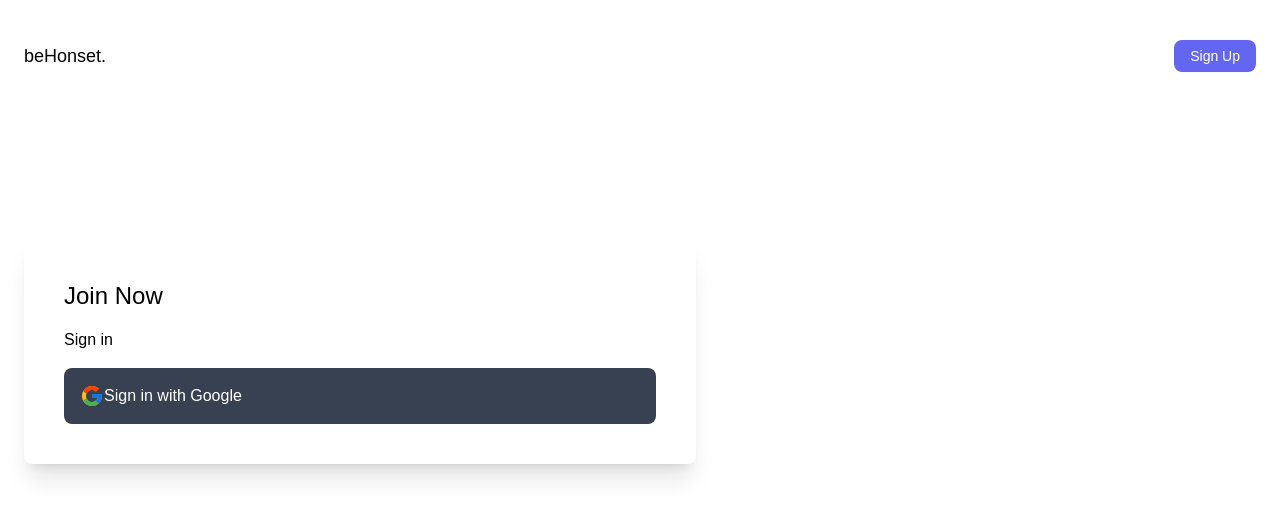
Repository: aidenfine/be-honset
Page: /login
An editor plug-in stored every save of this project. The page is shown before and after the next save, followed by the edit.
The browser window is 1280 px wide. The pictures show the whole page.
The page's requests for data from a server got no answer. The project was rebuilt for these pictures with package versions that can differ from the ones it lists, and the page was loaded fresh each time. The framework's server and built-in components were replaced by stand-ins that run in the browser. No one was signed in, and anything a server would have sent is missing. Also part of the build but not shown: next.config.js.

Above is the page before, as saved 2022-10-26 19:51:02.

### pages/_app.js
import '../styles/globals.css'
import Layout from '../components/layout'

function MyApp({ Component, pageProps }) {
  return(
    <Layout>
      <Component {...pageProps} />
    </Layout>

  )
}

export default MyApp

### pages/login.js
import { FcGoogle } from "react-icons/fc"
import { signInWithPopup, GoogleAuthProvider} from "firebase/auth"
import { auth } from "../utils/firebase";
import {useRouter} from "next/router"
import { useAuthState } from 'react-firebase-hooks/auth'
import { useEffect } from "react";






export default function Login(){
    const route = useRouter();
    const [user, loading] = useAuthState(auth);

    // Google Sign in

    const googleProvider = new GoogleAuthProvider();
    const GoogleLogin = async () => {
        try {
            const result = await signInWithPopup(auth, googleProvider)
            route.push("/")
            console.log("logged in")
        } catch (error) {
            console.log(error)

        }
    }

    useEffect(()=>{
        if(user){
            route.push('/');
        }else{
            console.log("login")
        }

    }, [user]);
    return(
        <div className="justify-center items-center shadow-xl md:max-w-2xl mt-32 p-10 text-black rounded-lg bg-white">
            <h2 className="text-2xl font-medium">Join Now</h2>
            <div>
                <h3 className="py-4">Sign in</h3>
                <button onClick={GoogleLogin} className="text-white bg-gray-700 w-full font font-medium rounded-lg flex align-middle p-4">
                    <FcGoogle className="text-2xl"/>
                    Sign in with Google
                </button>
            </div>
        </div>

    )
}

### styles/globals.css
@tailwind base;
@tailwind components;
@tailwind utilities;


* {
  font-family: 'Montserrat', sans-serif;

}

### components/layout.js
import Nav from "./Nav";

export default function Layout({ children }){
    return(
        <div className="mx-6 md:max-w-10xl md-mx-auto font-montserrat">
            <Nav />
            <main>{children}</main>
        </div>
    )
}

### utils/firebase.js
// Import the functions you need from the SDKs you need
import { initializeApp } from "firebase/app";
import {getAuth} from 'firebase/auth';
import {getFirestore} from 'firebase/firestore'
// TODO: Add SDKs for Firebase products that you want to use
// https://firebase.google.com/docs/web/setup#available-libraries

// Your web app's Firebase configuration
// For Firebase JS SDK v7.20.0 and later, measurementId is optional
const firebaseConfig = {
  apiKey: process.env.NEXT_PUBLIC_API_KEY,
  authDomain: process.env.NEXT_PUBLIC_AUTH_DOMAIN,
  projectId: process.env.NEXT_PUBLIC_PROJECT_ID,
  storageBucket: process.env.NEXT_PUBLIC_STORAGE_BUCKET,
  messagingSenderId: process.env.NEXT_PUBLIC_MESSAGING_SENDER_ID,
  appId: process.env.NEXT_PUBLIC_APP_ID,
  measurementId: process.env.NEXT_PUBLIC_MEASUREMENT_ID
};

// Initialize Firebase
const app = initializeApp(firebaseConfig);
export const auth = getAuth();
export const db = getFirestore(app);

### components/Nav.js
import Link from "next/link"
import { auth } from "../utils/firebase"
import { useAuthState } from "react-firebase-hooks/auth"

export default function Nav(){
    const [user, loading] = useAuthState(auth);

    return(
        <nav className="flex justify-between items-center py-10">
            <Link href="/">
            <button className="text-lg font-medium text-black opacity-87" >beHonset.</button>
            </Link>
            <ul className="flex items-center gap-10">
                {!user && (
                <Link href={"/login"} className="py-1.5 px-4 text-sm bg-indigo-500 text-white opacity-87 rounded-lg font-medium ml-8">Sign Up</Link>
            )}
            {user && (
                <div className="flex items-center gap-6">
                    <Link href="/new-post">
                    <button className="font-medium bg-indigo-500 text-white py-2 px-4 rounded-lg text-sm">Create Post</button>
                    </Link>
                    <Link href="/dashboard">
                        <img className="w-10 rounded-full cursor-pointer" referrerpolicy="no-referrer" src={user.photoURL} />

                    </Link>
                </div>
            )}
            </ul>



        </nav>
    )
}

### tailwind.config.js
/** @type {import('tailwindcss').Config} */
module.exports = {
  content: [
    "./pages/**/*.{js,ts,jsx,tsx}",
    "./components/**/*.{js,ts,jsx,tsx}",
  ],
  darkMode: 'class',
  theme: {
    extend: {
      fontFamily: {
        montserrat: 'Montserrat',
      }
    },
  },
  plugins: [],
}

After the next save:
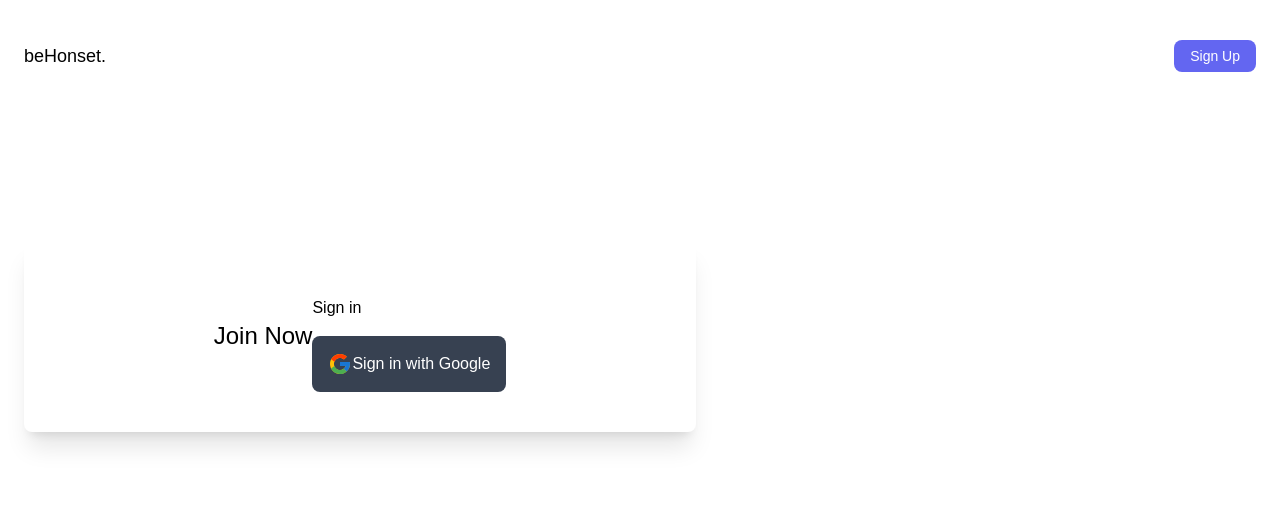
Saved 33 s later.
--- a/pages/login.js
+++ b/pages/login.js
@@ -37,7 +37,7 @@
 
     }, [user]);
     return(
-        <div className="justify-center items-center shadow-xl md:max-w-2xl mt-32 p-10 text-black rounded-lg bg-white">
+        <div className="flex justify-center items-center shadow-xl md:max-w-2xl mt-32 p-10 text-black rounded-lg bg-white">
             <h2 className="text-2xl font-medium">Join Now</h2>
             <div>
                 <h3 className="py-4">Sign in</h3>

After the save that followed:
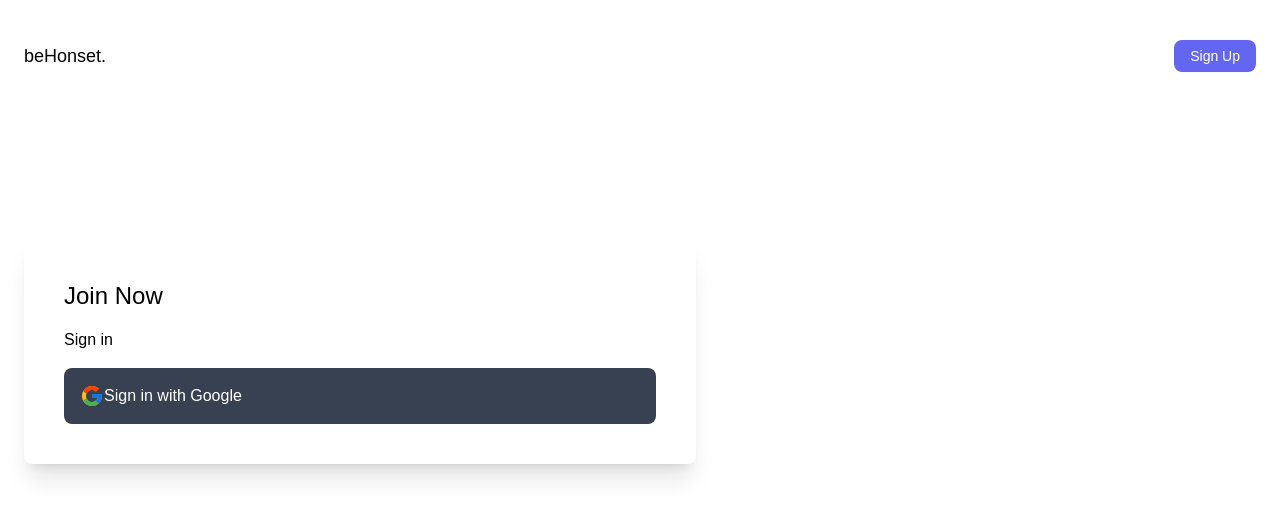
Saved 6 s later.
--- a/pages/login.js
+++ b/pages/login.js
@@ -37,7 +37,7 @@
 
     }, [user]);
     return(
-        <div className="flex justify-center items-center shadow-xl md:max-w-2xl mt-32 p-10 text-black rounded-lg bg-white">
+        <div className="justify-center items-center shadow-xl md:max-w-2xl mt-32 p-10 text-black rounded-lg bg-white">
             <h2 className="text-2xl font-medium">Join Now</h2>
             <div>
                 <h3 className="py-4">Sign in</h3>
